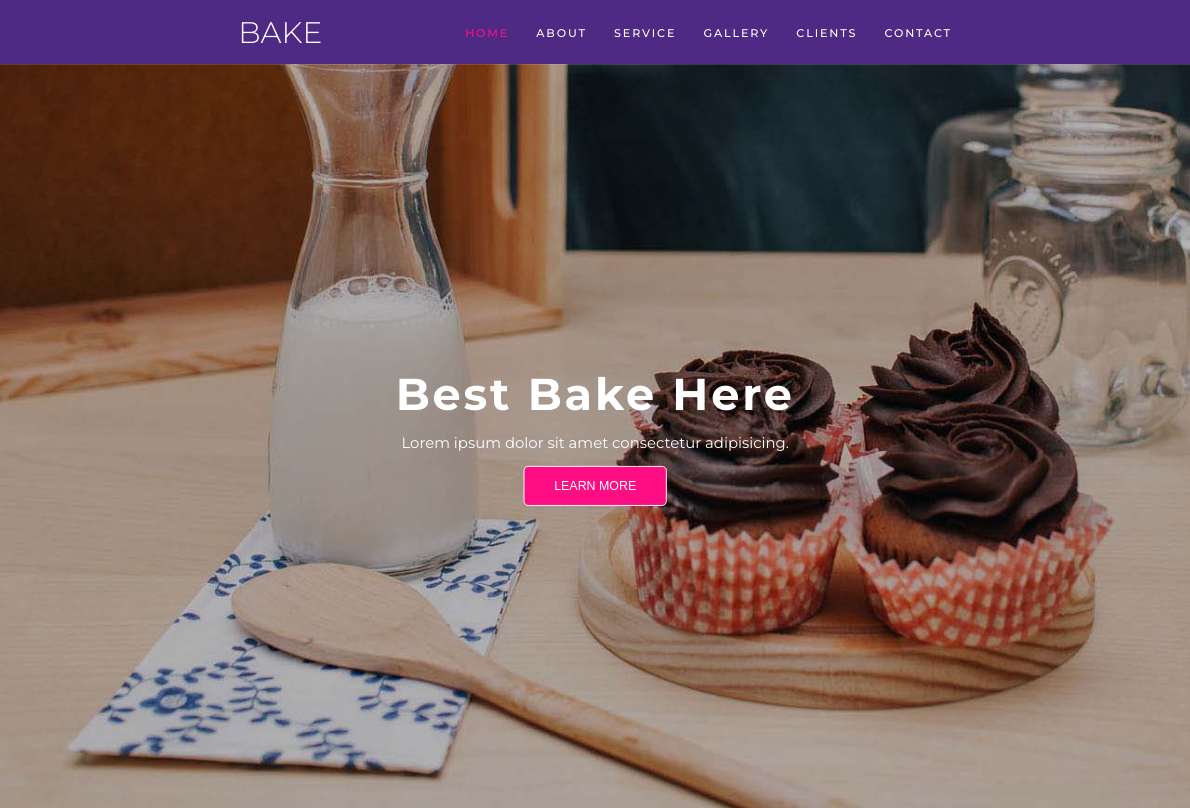
Repository: giahuy405/Bake
Page: index.html
These files come from the project's save history. The page is drawn as it stood at one moment and after the next save; the edit follows.
The browser window is 1280 px wide. The pictures show the whole page, at 93% of full size.

Above is the page before, as saved 2022-09-13 14:44:44.

After the next save:
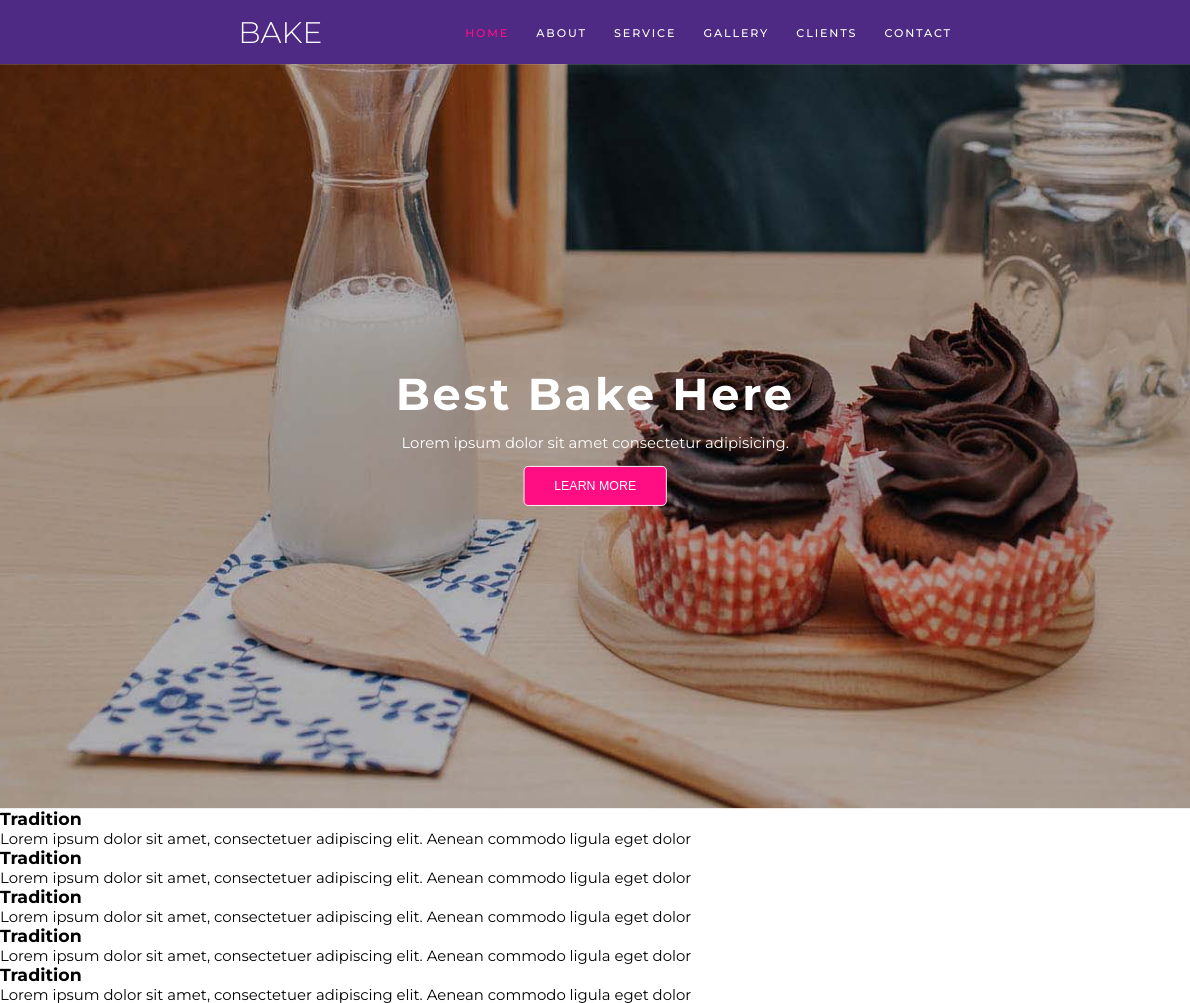
Saved 2 min 25 s later.
--- a/index.html
+++ b/index.html
@@ -33,5 +33,49 @@
                 <button>LEARN MORE</button>
             </div>
         </section>
+        <section class="intro">
+            <div class="intro__item">
+                <div class="intro__content">
+                    <h3>Tradition</h3>
+                    <p>Lorem ipsum dolor sit amet, consectetuer adipiscing elit. Aenean commodo ligula eget dolor</p>
+                </div>
+            </div>
+            <div class="intro__item">
+
+            </div>
+            <div class="intro__item">
+                <div class="intro__content">
+                    <h3>Tradition</h3>
+                    <p>Lorem ipsum dolor sit amet, consectetuer adipiscing elit. Aenean commodo ligula eget dolor</p>
+                </div>
+            </div>
+            <div class="intro__item">
+                <div class="intro__content">
+                    <h3>Tradition</h3>
+                    <p>Lorem ipsum dolor sit amet, consectetuer adipiscing elit. Aenean commodo ligula eget dolor</p>
+                </div>
+            </div>
+            <div class="intro__item">
+
+            </div>
+            <div class="intro__item">
+                <div class="intro__content">
+                    <h3>Tradition</h3>
+                    <p>Lorem ipsum dolor sit amet, consectetuer adipiscing elit. Aenean commodo ligula eget dolor</p>
+                </div>
+            </div>
+            <div class="intro__item">
+
+            </div>
+            <div class="intro__item">
+                <div class="intro__content">
+                    <h3>Tradition</h3>
+                    <p>Lorem ipsum dolor sit amet, consectetuer adipiscing elit. Aenean commodo ligula eget dolor</p>
+                </div>
+            </div>
+            <div class="intro__item">
+
+            </div>
+        </section>
 </body>
 </html>
